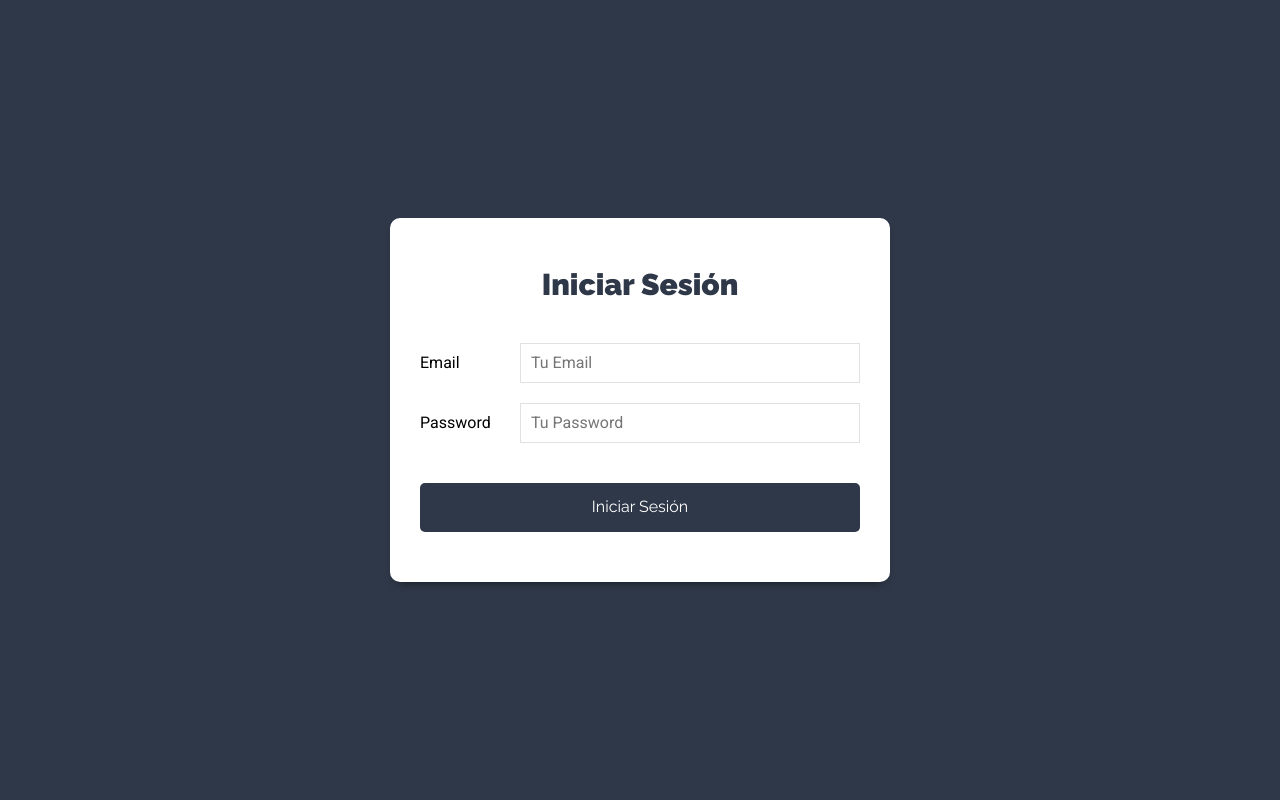
Repository: tive02/MERNTask-cliente
Page: /
The author's editor kept a copy of each file at every save. The page is drawn from the files as they stood at one save, then again after a run of saves.
The browser window is 1280 px wide. The pictures show the whole page.
The project was rebuilt for these pictures with package versions that can differ from the ones it lists, and the page was loaded fresh each time. Also part of the build but not shown: src/components/auth/NuevaConsulta.js, src/components/proyectos/Proyectos.js.

Above is the page before, as saved 2021-03-19 20:05:26.

### public/index.html
<!DOCTYPE html>
<html lang="en">
  <head>
    <meta charset="utf-8" />
    <link rel="icon" href="%PUBLIC_URL%/favicon.ico" />
    <meta name="viewport" content="width=device-width, initial-scale=1" />
    <meta name="theme-color" content="#000000" />
    <meta
      name="description"
      content="Web site created using create-react-app"
    />
    <link rel="apple-touch-icon" href="logo192.png" />

    <link rel="manifest" href="%PUBLIC_URL%/manifest.json" />
    <link
      rel="stylesheet"
      href="https://cdnjs.cloudflare.com/ajax/libs/normalize/8.0.1/normalize.min.css"
    />
    <link
      href="https://fonts.googleapis.com/css?family=Raleway:400,900|Roboto:300,400,700&display=swap"
      rel="stylesheet"
    />
    <title>MERNTasks</title>
  </head>
  <body>
    <noscript>You need to enable JavaScript to run this app.</noscript>
    <div id="root"></div>
  </body>
</html>

### src/index.css
:root {
  --blanco: #ffffff;
  --gris1: #edf2f6;
  --gris2: #2f3848;
  --gris3: #1a202d;
  --negro: #000000;
  --headingFont: "Raleway", sans-serif;
  --textFont: "Roboto", sans-serif;
}
*,
*:before,
*:after {
  box-sizing: inherit;
}
html {
  box-sizing: border-box;
  height: 100%;
  font-size: 62.5%;
}
body {
  min-height: 100%;
  background-color: var(--gris1);
  font-size: 16px;
  font-size: 1.6rem;
  font-family: var(--textFont);
}

h1,
h2 {
  font-family: var(--headingFont);
  font-weight: 900;
  margin: 0 0 4rem 0;
  text-align: center;
  color: var(--gris2);
}
h1 span {
  font-weight: 400;
}
h1 {
  font-size: 3rem;
}
h2 {
  font-size: 2.4rem;
}
ul {
  list-style: none;
  padding: 0;
  margin: 0;
}
a {
  text-decoration: none;
  color: var(--gris2);
}

/** BOTONES **/
.btn {
  margin-top: 2rem;
  font-family: var(--headingFont);
  padding: 1.5rem;
  font-size: 1.4;
  font-weight: 400;
  border-radius: 0.5rem;
  border: none;
  transition: background-color 0.3s ease;
}
.btn:hover {
  cursor: pointer;
}
.btn-primario {
  background-color: var(--gris2);
  color: var(--blanco);
}
.btn-primario:hover {
  background: var(--gris3);
}
.btn-secundario {
  background-color: var(--gris1);
}
.btn-block {
  display: block;
  width: 100%;
}
.btn-submit:hover {
  background-color: var(--gris2);
}
.btn-blank {
  margin: 0;
  padding: 0;
  display: block;
  background-color: transparent;
}

@media (min-width: 768px) {
  .contenedor-app {
    display: flex;
    min-height: 100vh;
  }

  aside {
    background-color: var(--blanco);
    flex: 0 0 300px;
  }
  .seccion-principal {
    flex: 1;
  }
}

/* BARRA LATERAL */
aside {
  padding: 3rem;
}

.formulario-nuevo-proyecto {
  margin-top: 6rem;
}
.formulario-nuevo-proyecto .input-text {
  border-bottom: 1px solid var(--gris2);
  border-radius: 0;
  background-color: var(--gris1);
}
.formulario-nuevo-proyecto .input-text::placeholder {
  color: var(--gris2);
}
.proyectos {
  margin-top: 10rem;
}
.listado-proyectos li {
  margin-bottom: 2rem;
}
.listado-proyectos li a {
  font-size: 1.4rem;
  color: var(--gris2);
  line-height: 1.5;
  font-weight: 300;
}
.app-header {
  display: flex;
  justify-content: space-between;
  background-color: var(--gris2);
  padding: 4rem;
}
.nombre-usuario {
  color: var(--blanco);
  font-size: 2.2rem;
  margin: 0;
}
.nombre-usuario span {
  font-weight: 900;
}
.nav-principal a {
  color: var(--blanco);
  text-decoration: none;
}
.nav-principal a:first-of-type {
  margin-right: 2rem;
}

/** Formulario crear y editar tareas **/
.formulario {
  background-color: var(--gris3);
  padding: 4rem;
}
.formulario form {
  max-width: 600px;
  margin: 0 auto;
}
.contenedor-input {
  display: flex;
}
.contenedor-input label {
  margin-bottom: 1rem;
  color: var(--blanco);
}
.input-text {
  padding: 1rem;
  border: none;
  border-radius: 0.5rem;
  flex: 1;
  width: 100%;
}

/** TAREAS LISTADO **/
.contenedor-tareas {
  padding: 4rem;
}

.listado-tareas {
  max-width: 600px;
  margin: 0 auto;
}

.tarea {
  display: flex;
  justify-content: space-between;
  background-color: var(--blanco);
  padding: 0.5rem 2rem;
  align-items: center;
  margin-bottom: 1rem;
  border-radius: 0.5rem;
}
.sombra {
  -webkit-box-shadow: 0px 4px 10px -3px rgba(117, 117, 117, 1);
  -moz-box-shadow: 0px 4px 10px -3px rgba(117, 117, 117, 1);
  box-shadow: 0px 4px 10px -3px rgba(117, 117, 117, 1);
}
.sombra-dark {
  -webkit-box-shadow: 0px 6px 11px -8px rgba(0, 0, 0, 0.9);
  -moz-box-shadow: 0px 6px 11px -8px rgba(0, 0, 0, 0.9);
  box-shadow: 0px 6px 11px -8px rgba(0, 0, 0, 0.9);
}
.tarea .acciones .btn:first-of-type {
  margin-right: 1rem;
}
.tarea p {
  font-size: 1.6rem;
  flex: 1;
  padding-right: 2rem;
}
.tarea .btn {
  padding: 0.8rem;
  font-size: 1.4rem;
  border-radius: 0;
  margin: 0;
}

.estado {
  margin-right: 1rem;
}
.estado button,
.mensaje {
  font-weight: 900;
  font-family: var(--textFont);
  font-size: 1rem;
  padding: 0.5rem;
  border-radius: 0.5rem;
  cursor: pointer;
  border: none;
}
.mensaje {
  text-align: center;
  font-size: 1.6rem;
  border-radius: 0;
}
.mensaje:hover {
  cursor: default;
}
.completo,
.correcto {
  background-color: rgba(154, 252, 154, 0.3);
  color: var(--gris3);
}
.incompleto {
  background-color: rgba(255, 178, 178, 0.4);
  color: var(--gris3);
}
.error {
  max-width: 600px;
  margin: 2rem auto 0 auto;
  background-color: rgb(170, 0, 0);
  color: var(--blanco);
}

.tarea-enter,
.proyecto-enter {
  opacity: 0;
}
.tarea-enter-active,
.proyecto-enter-active {
  opacity: 1;
  transition: opacity 200ms;
}
.tarea-exit,
.proyecto-exit {
  opacity: 1;
}
.tarea-exit-active,
.proyecto-exit-active {
  opacity: 0;
  transition: opacity 200ms;
}

.form-usuario {
  background-color: var(--gris2);
  height: 100vh;
  min-height: 800px;
  display: flex;
  align-items: center;
  justify-content: center;
}

.contenedor-form {
  padding: 5rem 3rem;
  max-width: 500px;
  width: 95%;
  background-color: var(--blanco);
  border-radius: 1rem;
}

.campo-form {
  display: flex;
  margin-bottom: 2rem;
  align-items: center;
}
.campo-form:last-of-type {
  margin: 0;
}
.campo-form label {
  flex: 0 0 100px;
  font-family: var(--textFont);
}
.campo-form input[type="password"],
.campo-form input[type="email"],
.campo-form input[type="text"] {
  border: 1px solid #e1e1e1;
  padding: 1rem;
  flex: 1;
}

.enlace-cuenta {
  margin-top: 2rem;
  display: block;
  opacity: 0.7;
}

### src/App.js
import React from "react";
import { BrowserRouter as Router, Switch, Route } from "react-router-dom";
import Login from "./components/auth/Login";
import NuevaConsulta from "./components/auth/NuevaConsulta";
import Proyectos from "./components/proyectos/Proyectos";

function App() {
  return (
    <Router>
      <Switch>
        <Route exact path="/" component={Login} />
        <Route exact path="/nueva-cuenta" component={NuevaConsulta} />
        <Route exact path="/proyectos" component={Proyectos} />
      </Switch>
    </Router>
  );
}

export default App;

### src/components/auth/Login.js
import React, { useState } from "react";

const Login = () => {
  //State Para Iniciar Sesión
  const [usuario, guardarUsuario] = useState({
    email: "",
    password: "",
  });
  //Extraer los valores de usuarios
  const { email, password } = usuario;

  const onChange = (e) => {
    guardarUsuario({
      ...usuario,
      [e.target.name]: e.target.value,
    });
  };
  return (
    <div className="form-usuario">
      <div className="contenedor-form sombra-dark">
        <h1>Iniciar Sesión</h1>
        <form>
          <div className="campo-form">
            <label htmlFor="email">Email </label>
            <input
              type="email"
              id="email"
              name="email"
              value={email}
              placeholder="Tu Email"
              onChange={onChange}
            />
          </div>
          <div className="campo-form">
            <label htmlFor="password">Password </label>
            <input
              type="password"
              id="password"
              name="password"
              value={password}
              placeholder="Tu Password"
              onChange={onChange}
            />
          </div>
          <div className="campo-form">
            <input
              type="submit"
              className="btn btn-primario btn-block"
              value="Iniciar Sesión"
            />
          </div>
        </form>
      </div>
    </div>
  );
};

export default Login;

Loaded but not shown: src/index.js (common file); src/reportWebVitals.js (common file)

After the next 4 saves:
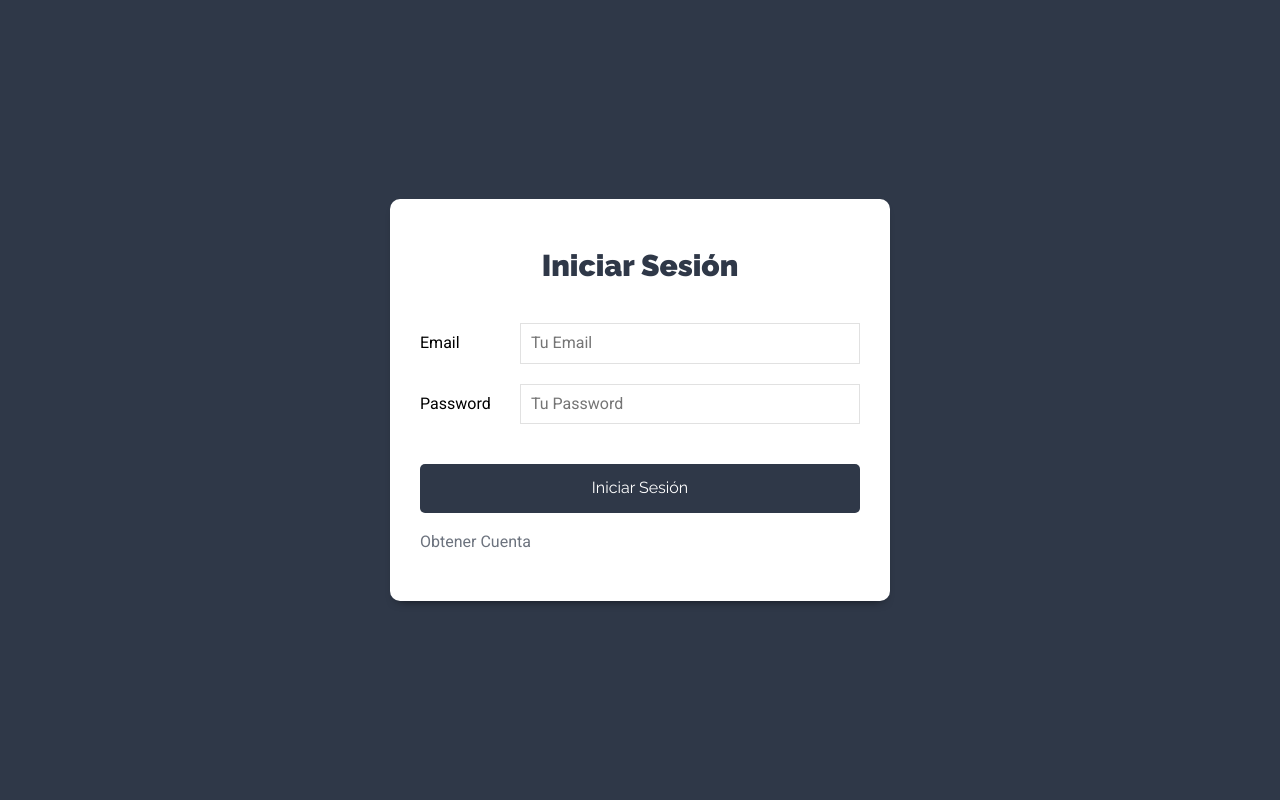
The 4 saves are shown as one change because 3 did not build or start.
The last was saved 6 min 53 s later.
--- a/src/components/auth/Login.js
+++ b/src/components/auth/Login.js
@@ -1,4 +1,5 @@
 import React, { useState } from "react";
+import { Link } from "react-router-dom";
 
 const Login = () => {
   //State Para Iniciar Sesión
@@ -15,11 +16,15 @@ const Login = () => {
       [e.target.name]: e.target.value,
     });
   };
+  const onSubmit = (e) => {
+    e.preventDefault();
+  };
+
   return (
     <div className="form-usuario">
       <div className="contenedor-form sombra-dark">
         <h1>Iniciar Sesión</h1>
-        <form>
+        <form onSubmit={onSubmit}>
           <div className="campo-form">
             <label htmlFor="email">Email </label>
             <input
@@ -50,6 +55,9 @@ const Login = () => {
             />
           </div>
         </form>
+        <Link to={"/nueva-cuenta"} className="enlace-cuenta">
+          Obtener Cuenta
+        </Link>
       </div>
     </div>
   );
